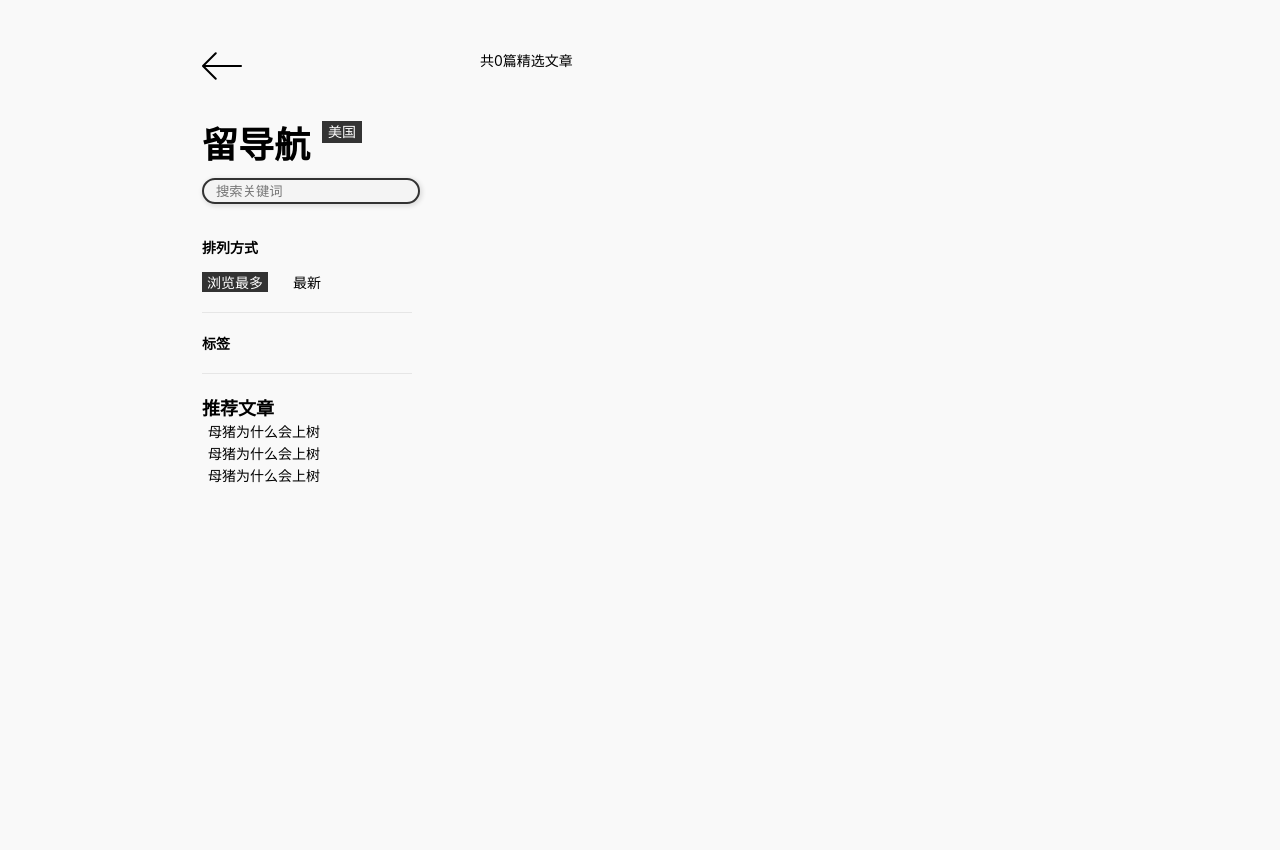
Repository: Apiyaaaa/guidefront
Page: /search
These files come from the project's save history. The page is drawn as it stood at one moment and after a run of saves; the edit follows.
The browser window is 1280 px wide. The pictures show the whole page.
The page's requests for data from a server got no answer. The project was rebuilt for these pictures with package versions that can differ from the ones it lists, and the page was loaded fresh each time. No one was signed in, and anything a server would have sent is missing. Also part of the build but not shown: src/pages/Home/Home.module.css, src/pages/Home/Home.js, src/components/ArticleCard/ArticleCard.module.css, src/components/ArticleCard/ArticleCard.jsx, src/pages/Article/Article.module.css, src/pages/Article/Article.js.

Above is the page before, as saved 2022-10-02 16:22:20.

After the next 2 saves:
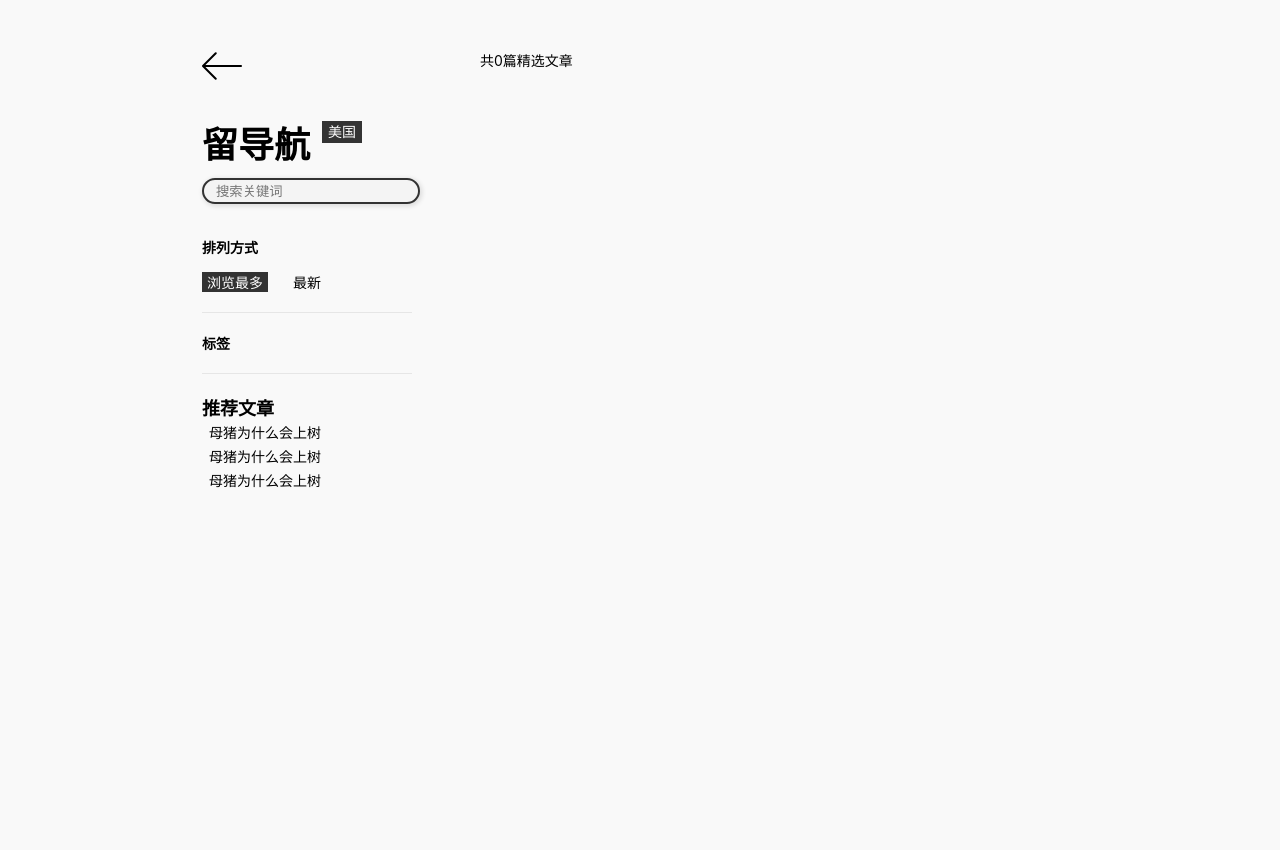
The 2 saves are shown as one change because they came seconds apart.
The last was saved 31 s later.
--- a/src/components/RecommendCard/RecommendCard.module.css
+++ b/src/components/RecommendCard/RecommendCard.module.css
@@ -13,7 +13,7 @@
 button {
   margin: none;
   padding: none;
-  border: none;
+  border: 1px solid transparent;
   /* outline: none; */
   background-color: #f9f9f9;
 }
